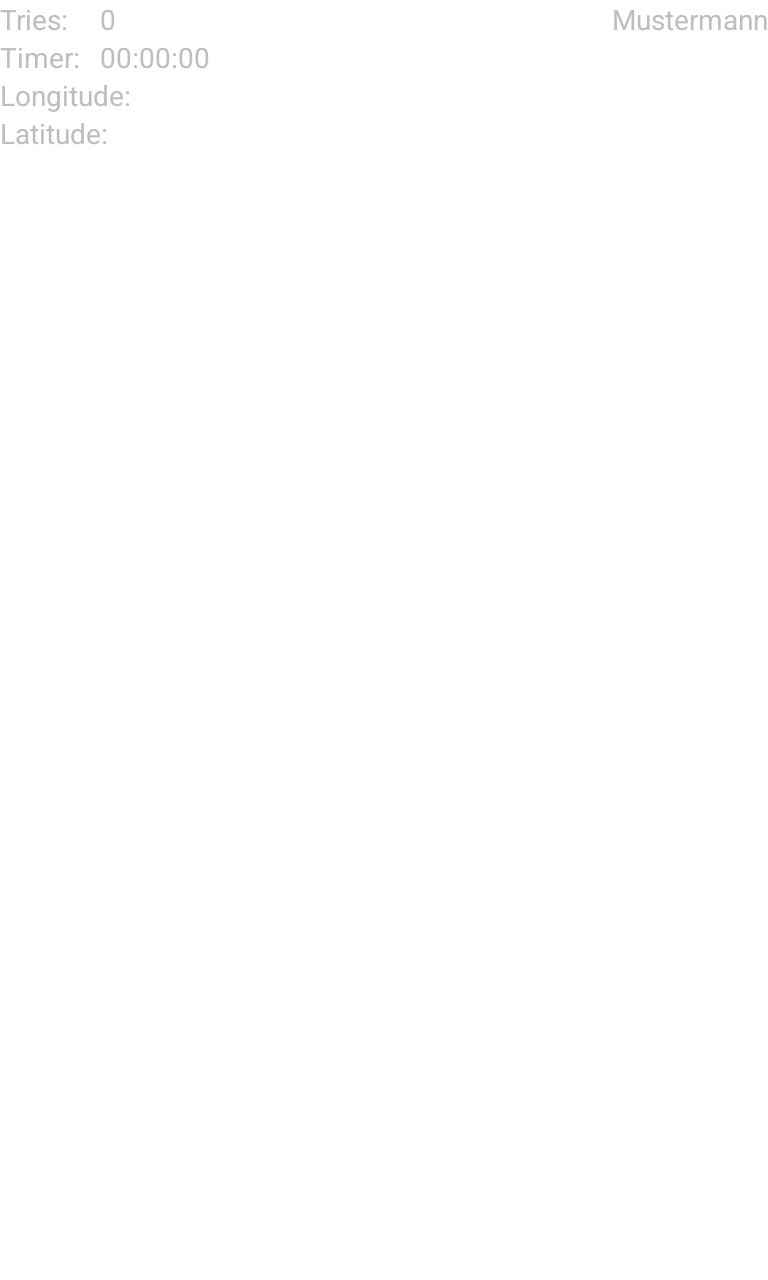
Repository: ymc-sise/sport-memory
Layout: memory/res/layout/game.xml
An editor plug-in stored every save of this project. The layout is shown before and after the next save, followed by the edit.
It is drawn on a 768 x 1280 px phone screen (xhdpi) without system bars, with theme android:Theme.Wallpaper; the app's code is not run.

Above is the layout before, as saved 2014-01-18 19:45:16.

After the next save:
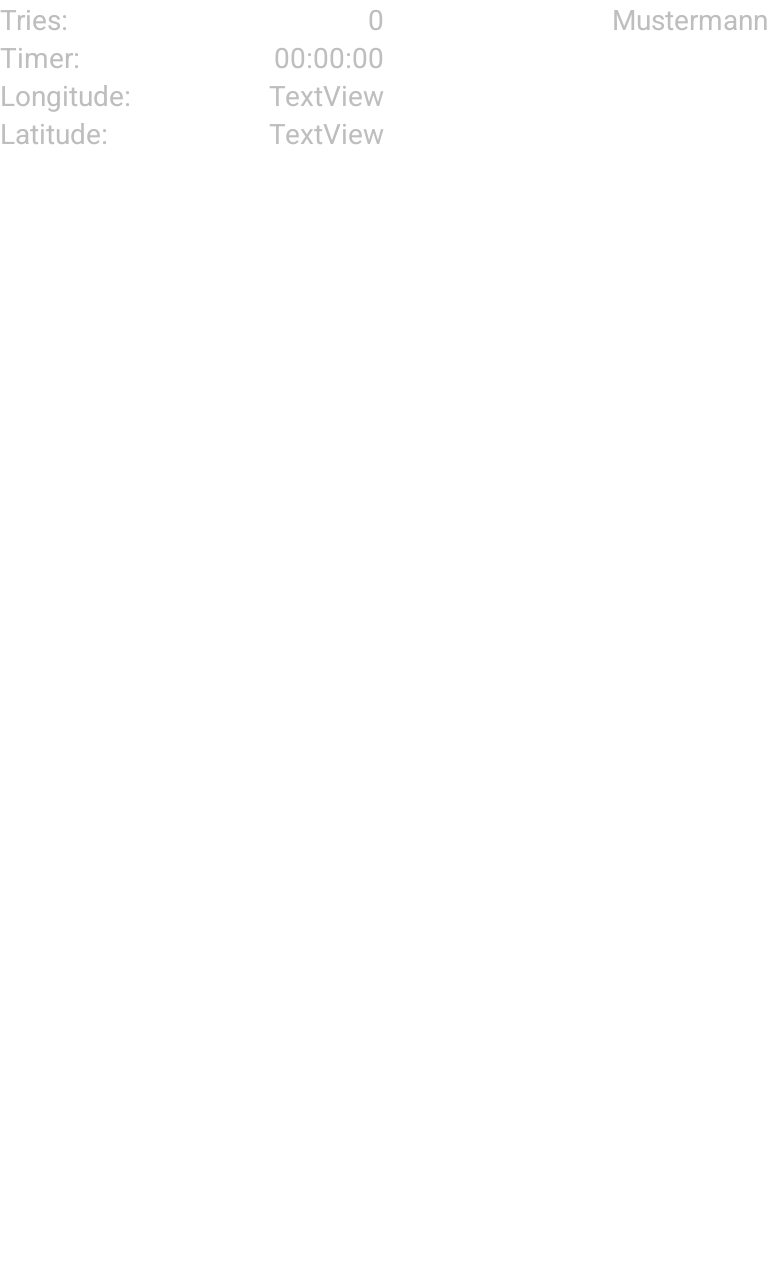
Saved 4 min 1 s later.
--- a/memory/res/layout/game.xml
+++ b/memory/res/layout/game.xml
@@ -12,25 +12,8 @@
         android:layout_height="wrap_content"
         android:layout_alignParentLeft="true"
         android:layout_alignParentTop="true"
+        android:layout_toLeftOf="@+id/textView1"
         android:text="@string/tries" />
-
-    <TextView
-        android:id="@+id/anz"
-        android:layout_width="wrap_content"
-        android:layout_height="wrap_content"
-        android:layout_alignParentTop="true"
-        android:layout_marginLeft="16dp"
-        android:layout_toRightOf="@+id/tries"
-        android:text="@string/thisisanull" />
-
-
-    <TextView
-        android:id="@+id/nameText"
-        android:layout_width="wrap_content"
-        android:layout_height="wrap_content"
-        android:layout_alignParentRight="true"
-        android:layout_alignParentTop="true"
-        android:text="@string/mustermann" />
 
     <TableLayout
         android:id="@+id/tableLayout1"
@@ -72,16 +55,8 @@
         android:layout_height="wrap_content"
         android:layout_alignParentLeft="true"
         android:layout_below="@+id/tries"
+        android:layout_toLeftOf="@+id/anz"
         android:text="@string/Timer" />
-
-    <TextView
-        android:id="@+id/time"
-        android:layout_width="wrap_content"
-        android:layout_height="wrap_content"
-        android:layout_alignBaseline="@+id/timer"
-        android:layout_alignBottom="@+id/timer"
-        android:layout_alignLeft="@+id/anz"
-        android:text="@string/time" />
 
     <TextView
         android:id="@+id/longitudeLabel"
@@ -96,7 +71,49 @@
         android:layout_width="wrap_content"
         android:layout_height="wrap_content"
         android:layout_alignParentLeft="true"
+        android:layout_alignRight="@+id/longitudeLabel"
         android:layout_below="@+id/longitudeLabel"
         android:text="@string/latitudeLabel" />
 
+    <TextView
+        android:id="@+id/textView2"
+        android:layout_width="wrap_content"
+        android:layout_height="wrap_content"
+        android:layout_alignBaseline="@+id/latitudeLabel"
+        android:layout_alignBottom="@+id/latitudeLabel"
+        android:layout_alignLeft="@+id/textView1"
+        android:text="TextView" />
+
+    <TextView
+        android:id="@+id/textView1"
+        android:layout_width="wrap_content"
+        android:layout_height="wrap_content"
+        android:layout_above="@+id/textView2"
+        android:layout_alignRight="@+id/tableLayout1"
+        android:text="TextView" />
+
+    <TextView
+        android:id="@+id/time"
+        android:layout_width="wrap_content"
+        android:layout_height="wrap_content"
+        android:layout_above="@+id/textView1"
+        android:layout_alignRight="@+id/textView1"
+        android:text="@string/time" />
+
+    <TextView
+        android:id="@+id/nameText"
+        android:layout_width="wrap_content"
+        android:layout_height="wrap_content"
+        android:layout_alignParentRight="true"
+        android:layout_alignParentTop="true"
+        android:text="@string/mustermann" />
+
+    <TextView
+        android:id="@+id/anz"
+        android:layout_width="wrap_content"
+        android:layout_height="wrap_content"
+        android:layout_above="@+id/timer"
+        android:layout_toLeftOf="@+id/tableLayout1"
+        android:text="@string/thisisanull" />
+
 </RelativeLayout>
